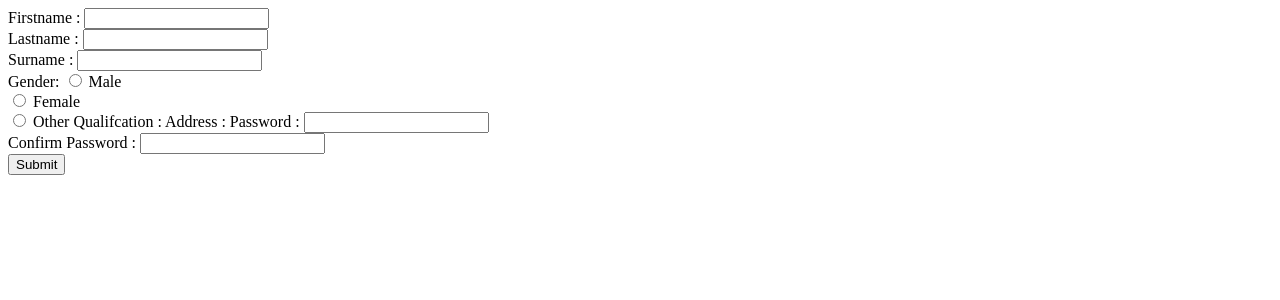
Repository: adityakansara1/JavaContent
Page: SWT1/WebContent/index.html
The author's editor kept a copy of each file at every save. The page is drawn from the files as they stood at one save, then again after the next save.
The browser window is 1280 px wide. The pictures show the whole page.

Above is the page before, as saved 2020-08-09 06:02:48.

After the next save:
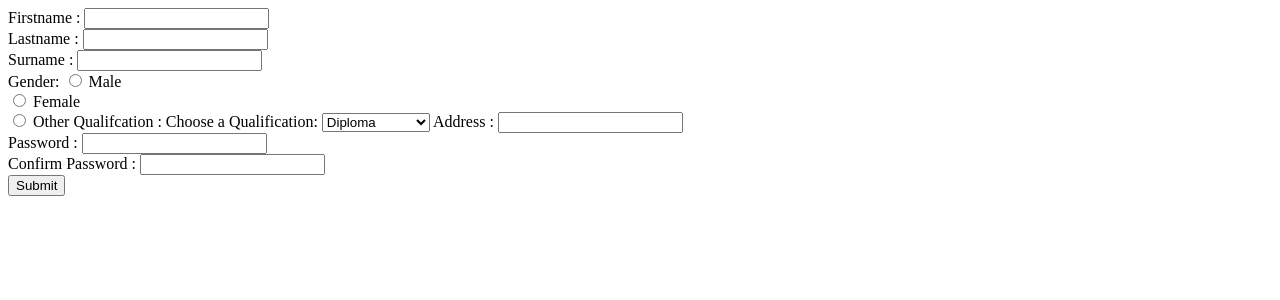
Saved 2 min 59 s later.
--- a/SWT1/WebContent/index.html
+++ b/SWT1/WebContent/index.html
@@ -8,15 +8,22 @@
 	<form action="Servlet" method="post">
 		Firstname : <input type="text" name="fName" required="required"><br>
 		Lastname : <input type="text" name="lName" required="required"><br>
-		Surname : <input type=text" name="sName" required="required"><br>
+		Surname : <input type="text" name="sName" required="required"><br>
 		Gender: <input type="radio" id="male" name="gender" value="male" required="required" />
 				<label for="male">Male</label><br>
 				<input type="radio" id="female" name="gender" value="female" required="required" />
 				<label for="female">Female</label><br>
 				<input type="radio" id="other" name="gender" value="other" required="required" />
 				<label for="other">Other</label>
-		Qualifcation :
-		Address :
+		Qualifcation : <label for="qualification">Choose a Qualification:</label>
+						<select name="qualification" id="qualification">
+						  <option value="volvo">Diploma</option>
+						  <option value="saab">Graduate</option>
+						  <option value="mercedes">Post Graduate</option>
+						  <option value="audi">P.H.D.</option>
+						</select>
+
+		Address : <input type="text" name="sName" required="required"><br>
 		Password : <input type="password" name="password" required="required"><br>
 		Confirm Password :	<input type="password" name="confirmPassword" required="required"><br>
 
